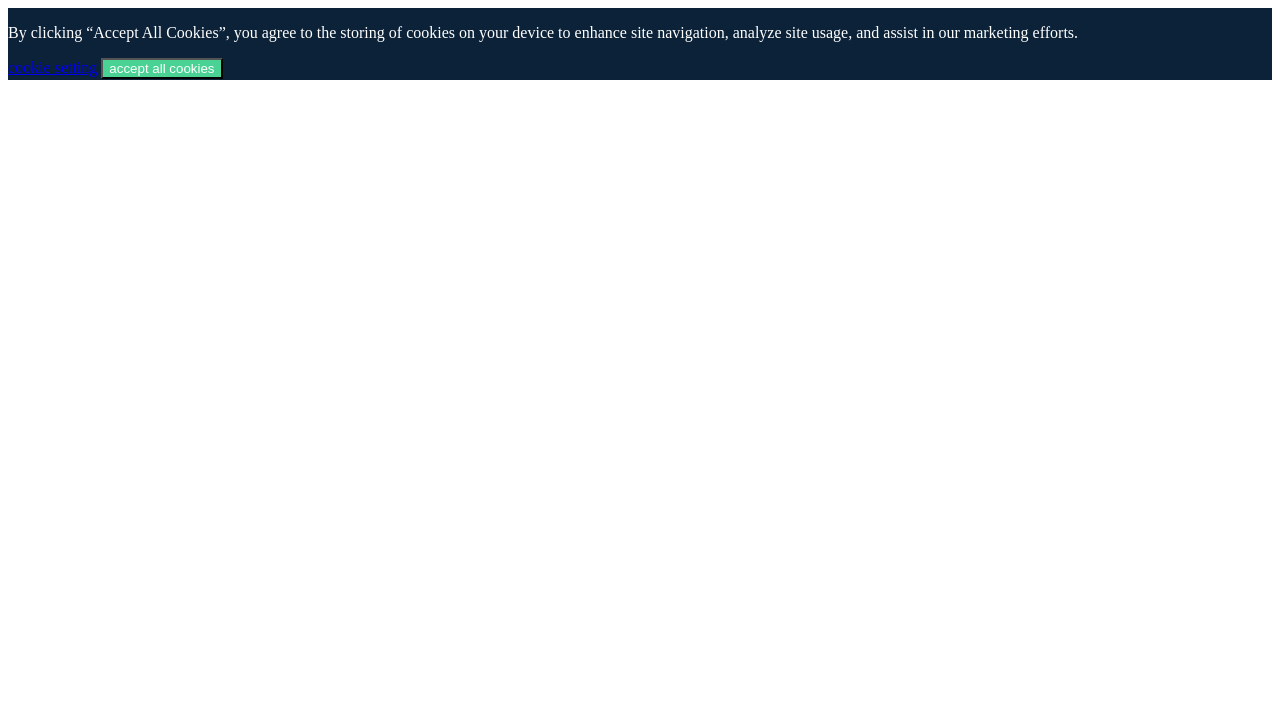
Repository: batonAnton/cursor_cookies_lectr3
Page: index.html
An editor plug-in stored every save of this project. The page is shown before and after the next save, followed by the edit.
The browser window is 1280 px wide. The pictures show the whole page.

Above is the page before, as saved 2022-06-01 10:22:14.

### index.html
<!DOCTYPE html>
<html lang="en">
<head>
    <meta charset="UTF-8">
    <meta http-equiv="X-UA-Compatible" content="IE=edge">
    <meta name="viewport" content="width=device-width, initial-scale=1.0">
    <link rel="stylesheet" href="/css/style.css">
    <title>Cookie Banner</title>
</head>
<body>
    <div class="container">
        <div class="banner_1">
            <p>By clicking “Accept All Cookies”, you agree to the storing of cookies on your device to enhance site navigation, analyze site usage, and assist in our marketing efforts.</p>

            <a href="#">cookie setting</a>

            <button>accept all cookies</button>
        </div>
    </div>
</body>
</html>

### css/style.css
p {
  font-size: 1rem;
}

.banner_1 {
  width: 100%;
  height: 72px;
  display: inline-block;
  background-color: #0b2239;
}

.banner_1 p {
  color: #ffffff;
}

.banner_1 button{
    color: #FFFFFF;
    background-color: #4AD295;

}

After the next save:
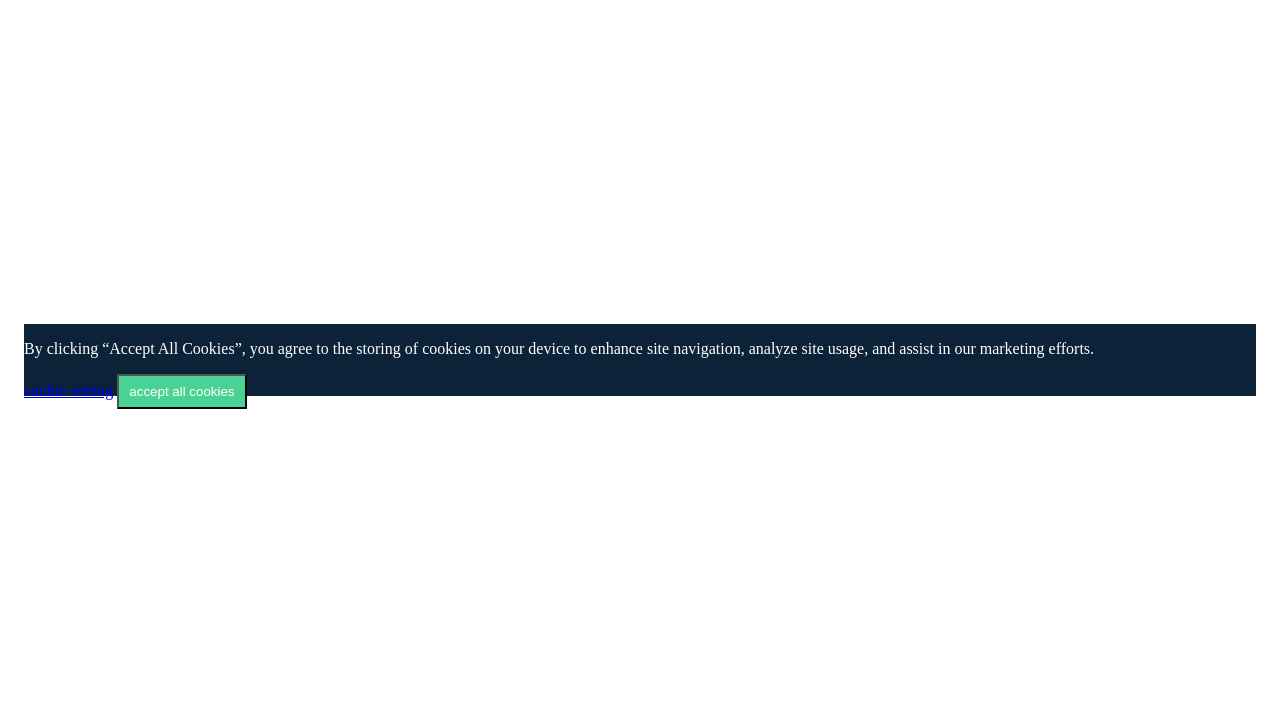
Saved 5 min 6 s later.
--- a/css/style.css
+++ b/css/style.css
@@ -1,3 +1,6 @@
+body {
+  margin: 324px 24px;
+}
 p {
   font-size: 1rem;
 }
@@ -13,8 +16,8 @@ p {
   color: #ffffff;
 }
 
-.banner_1 button{
-    color: #FFFFFF;
-    background-color: #4AD295;
-
+.banner_1 button {
+  color: #ffffff;
+  background-color: #4ad295;
+  padding: 8px 10px 8px 10px;
 }
